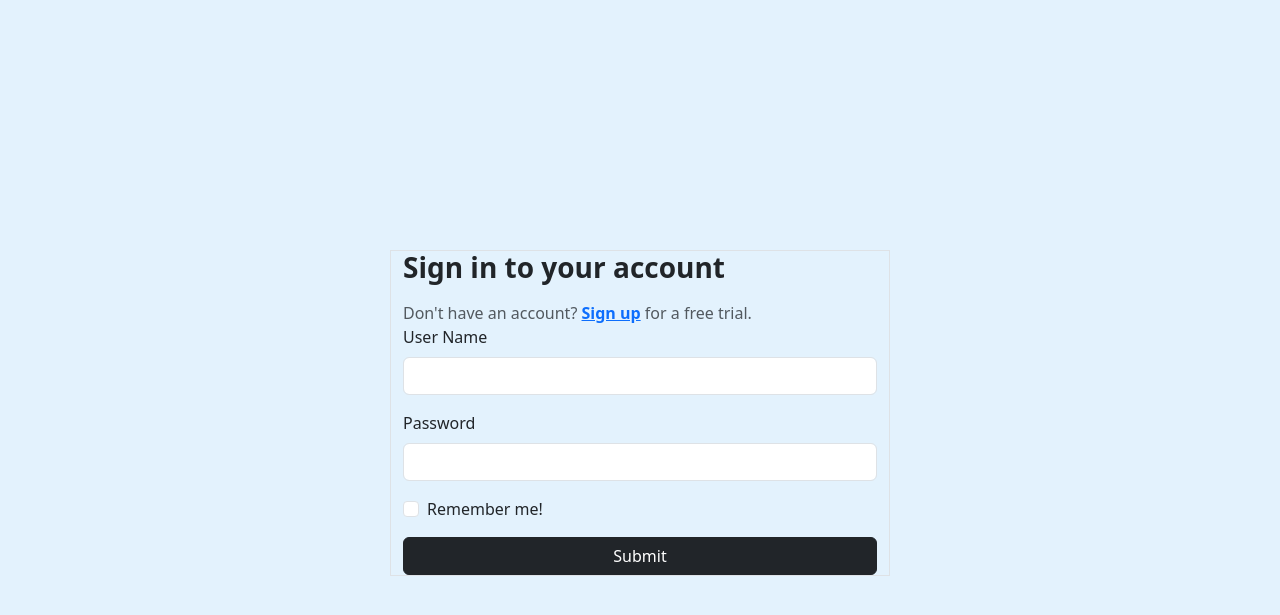
Repository: tranhuuan1703/BaiTapServlet
Page: http://localhost/bai_tap_jsp_servlet/loginPageController
An editor plug-in stored every save of this project. The page is shown before and after the next save, followed by the edit.
The browser window is 1280 px wide. The pictures show the whole page.
The page is served by Tomcat 9.

Above is the page before, as saved 2024-08-14 06:43:04.

After the next save:
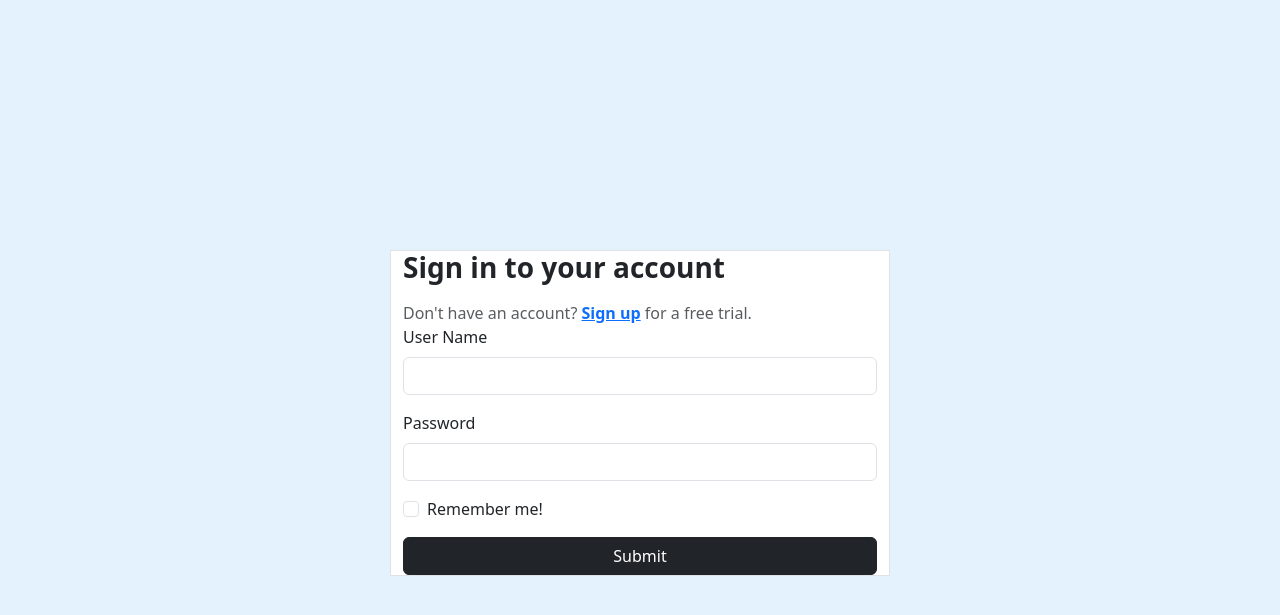
Saved 2 min 6 s later.
--- a/bai_tap_jsp_servlet/bai_tap_jsp_servlet/src/main/webapp/views/login.jsp
+++ b/bai_tap_jsp_servlet/bai_tap_jsp_servlet/src/main/webapp/views/login.jsp
@@ -40,7 +40,7 @@
 
 
 
-	<div class="container border color-white" style="margin-top:250px; width:500px; border">
+	<div class="container border bg-white" style="margin-top:250px; width:500px; border">
 		 <div class="w-md-50 mx-auto px-10 px-md-0 py-10">
 
 		 	<div class="mb-10">
